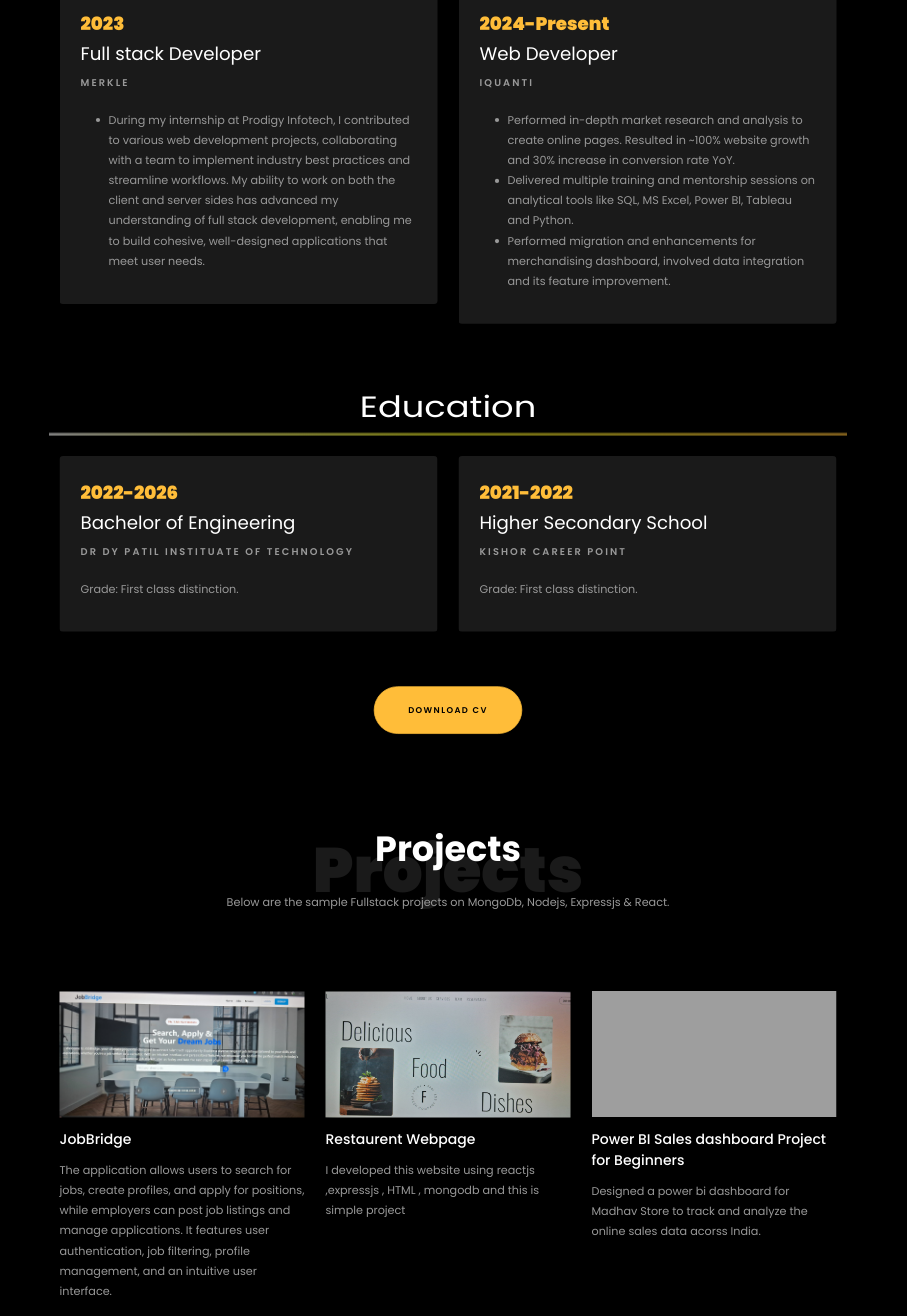
Repository: abp197/portfolio-website
Page: index.html
These files come from the project's save history. The page is drawn as it stood at one moment and after the next save; the edit follows.
The browser window is 1280 px wide. The page is 1295 px wide, so the pictures cover 1295 px, including what lies to the right of the window. The pictures show the part of the page from y = 2259 to 4139 px (the page is 6464 px tall before and 6436 px after), at 70% of full size.
Pictures or frames that could not be fetched are drawn as grey boxes.

Above is the page before, as saved 2024-10-16 01:00:34.
Console error (its wording comes from the project's code and is left out).

After the next save:
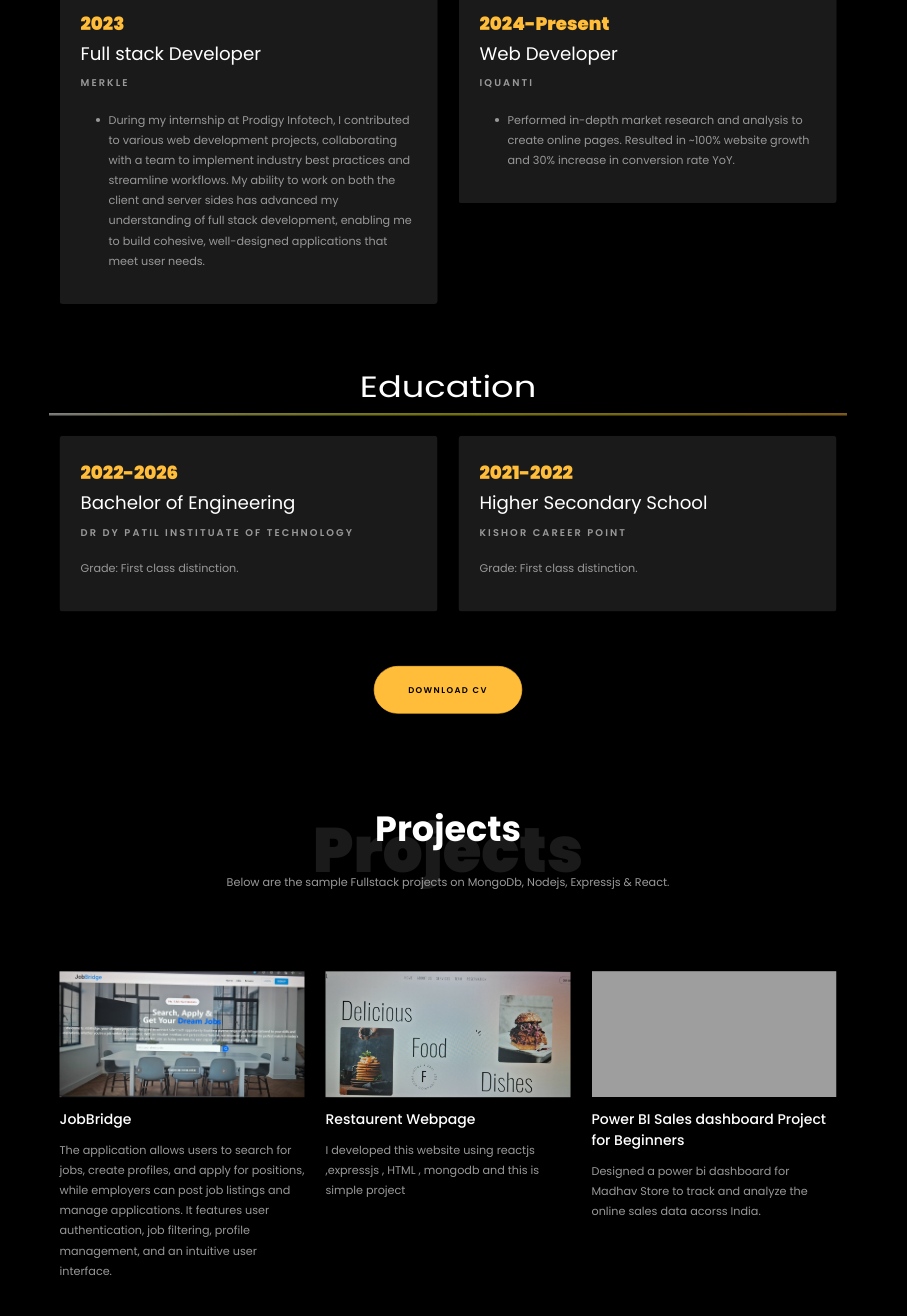
Saved 4 s later.
--- a/index.html
+++ b/index.html
@@ -368,10 +368,7 @@
 						<ul>
 							<li>Performed in-depth market research and analysis to create online pages. Resulted in
 								~100% website growth and 30% increase in conversion rate YoY.</li>
-							<li>Delivered multiple training and mentorship sessions on analytical tools like SQL, MS
-								Excel, Power BI, Tableau and Python.</li>
-							<li>Performed migration and enhancements for merchandising dashboard, involved data
-								integration and its feature improvement.</li>
+
 						</ul>
 						</p>
 					</div>
